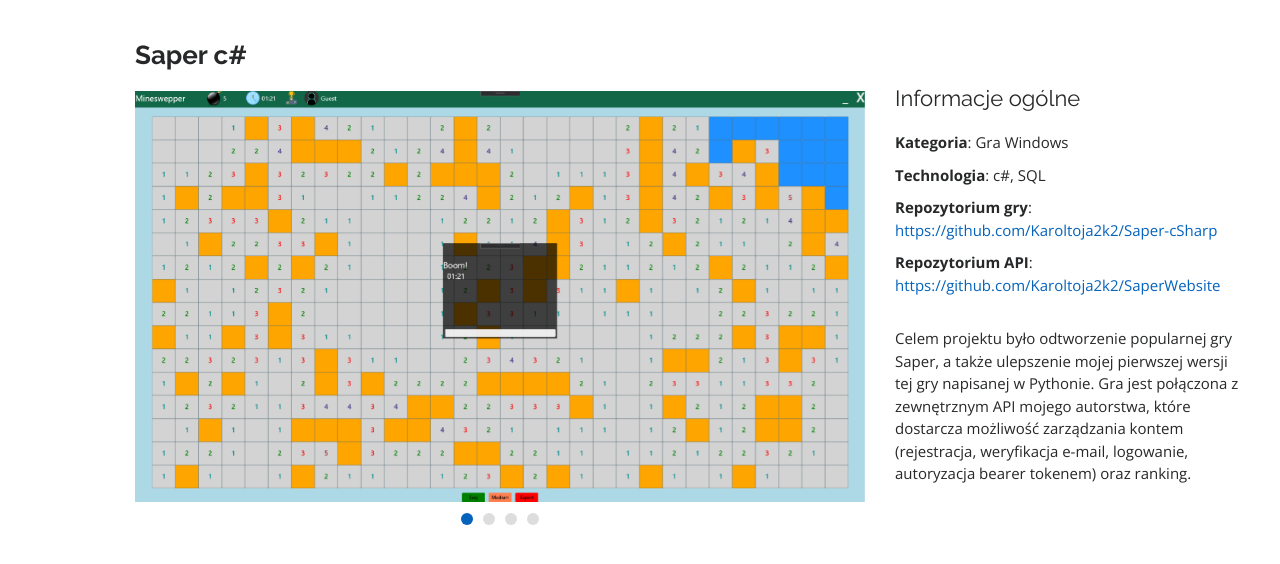
Repository: Karoltoja2k2/MyResume
Page: mineswepperC#-details.html
The author's editor kept a copy of each file at every save. The page is drawn from the files as they stood at one save, then again after the next save.
The browser window is 1280 px wide. The pictures show the whole page.
Pictures or frames that could not be fetched are drawn as grey boxes.

Above is the page before, as saved 2020-06-21 14:54:21.

After the next save:
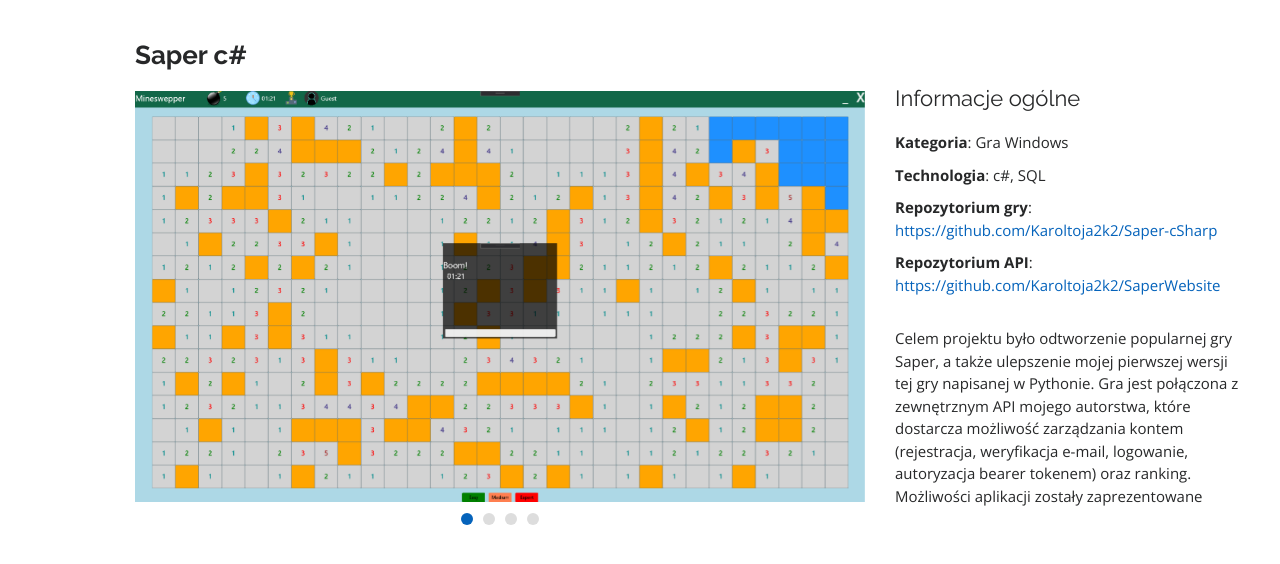
Saved 9 s later.
--- a/mineswepperC#-details.html
+++ b/mineswepperC#-details.html
@@ -69,7 +69,7 @@
             <p>
               Celem projektu było odtworzenie popularnej gry Saper, a także ulepszenie mojej pierwszej wersji tej gry napisanej w Pythonie.
               Gra jest połączona z zewnętrznym API mojego autorstwa, które dostarcza możliwość zarządzania kontem (rejestracja, weryfikacja e-mail,
-              logowanie, autoryzacja bearer tokenem) oraz ranking.
+              logowanie, autoryzacja bearer tokenem) oraz ranking. Możliwości aplikacji zostały zaprezentowane
             </p>
           </div>
 
